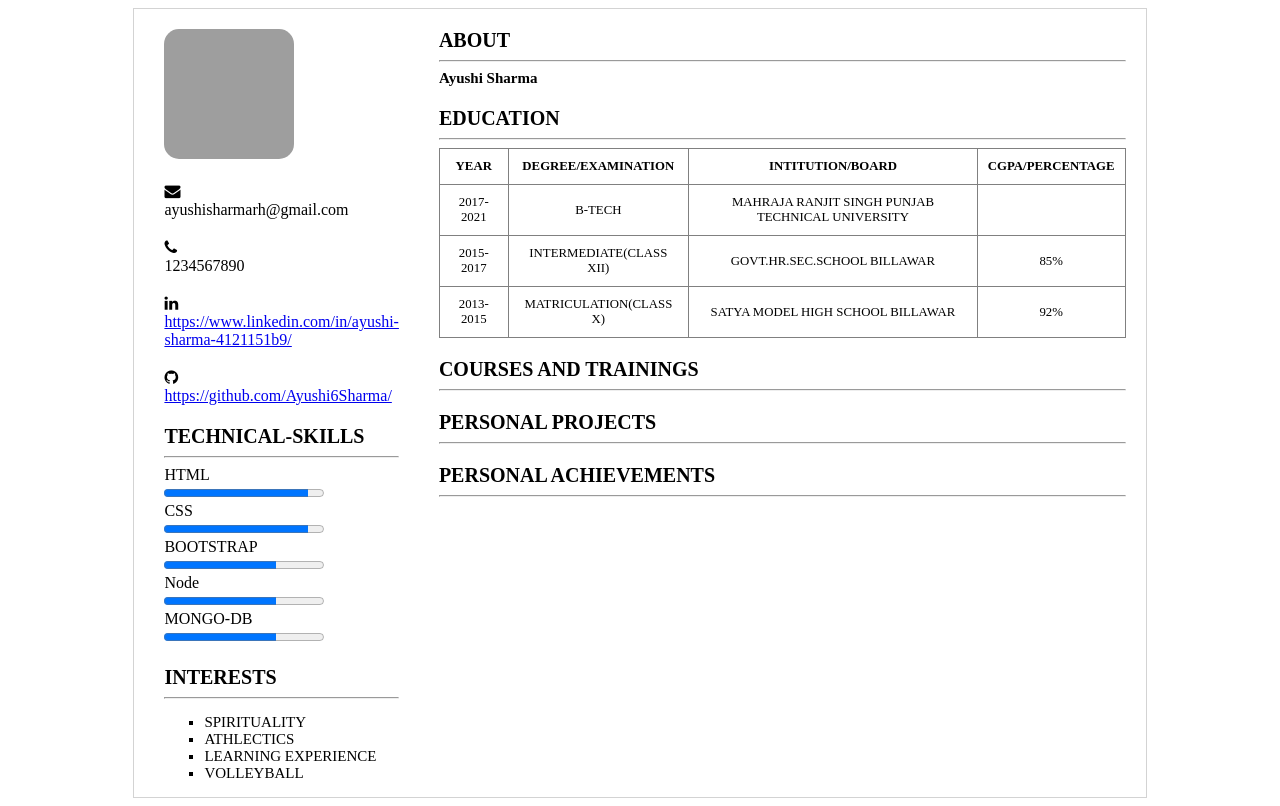
Repository: Ayushi6Sharma/Resume
Page: index.html
These files come from the project's save history. The page is drawn as it stood at one moment and after the next save; the edit follows.
The browser window is 1280 px wide. The pictures show the whole page.
Pictures or frames that could not be fetched are drawn as grey boxes.

Above is the page before, as saved 2022-05-04 14:33:58.

After the next save:
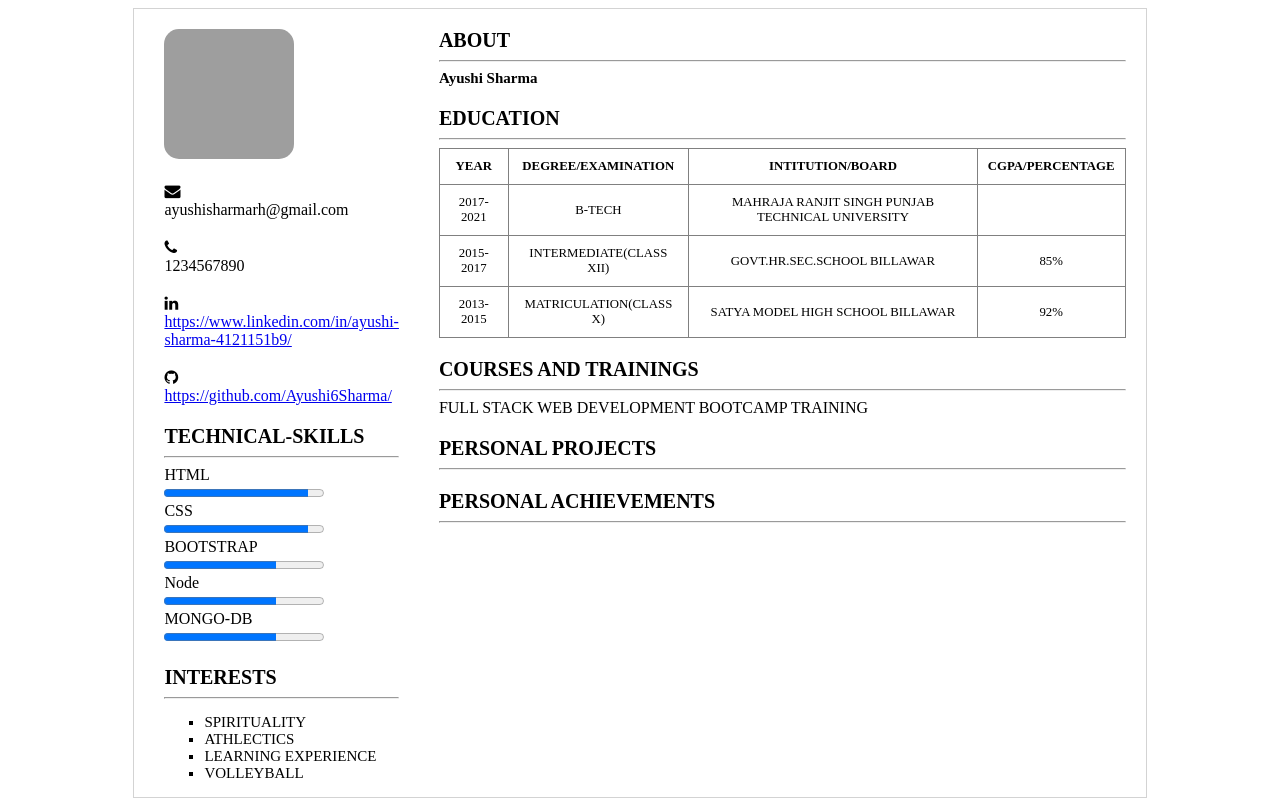
Saved 6 min 9 s later.
--- a/index.html
+++ b/index.html
@@ -188,7 +188,14 @@
                          <div class="title">COURSES AND TRAININGS</div>
                          <hr>
                      </div>
-                     <div class="">
+                     <div class="training-1">
+                        <div class="training-names">
+                            FULL STACK WEB DEVELOPMENT BOOTCAMP TRAINING
+                        </div>
+                        <div class="">
+
+                        </div>
+                    </div>
                      <div class="personal-projects">
                         <div class="title">
                             PERSONAL PROJECTS
